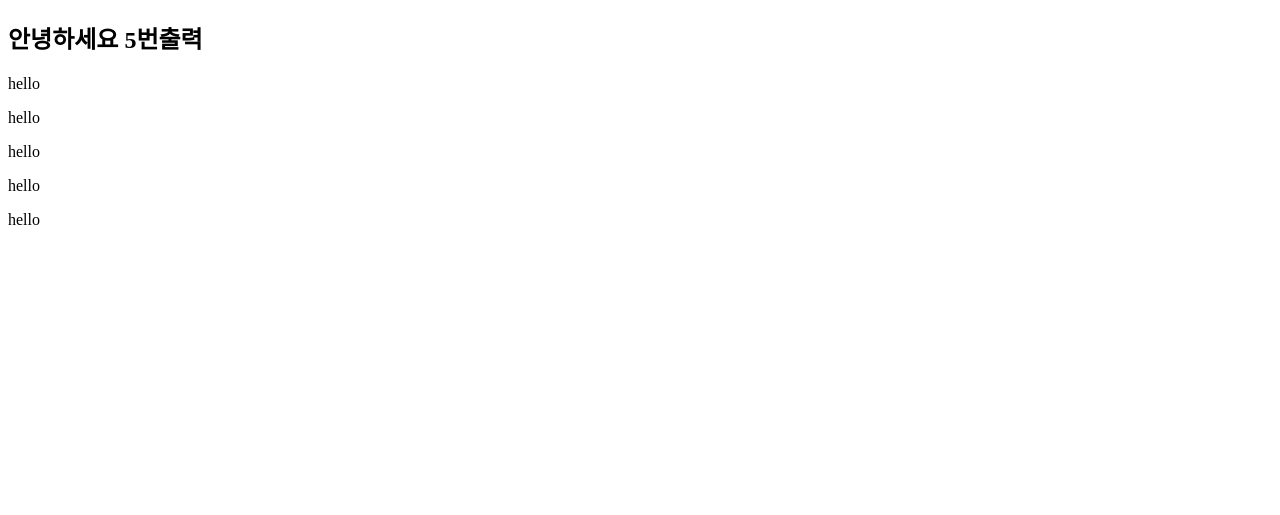
Repository: mvcfvsgdj/javaee
Page: http://localhost/ELprj0908/jstl8
These files come from the project's save history. The page is drawn as it stood at one moment and after the next save; the edit follows.
The browser window is 1280 px wide. The pictures show the whole page.
The page is served by Tomcat 9.

Above is the page before, as saved 2023-09-08 06:05:30.

After the next save:
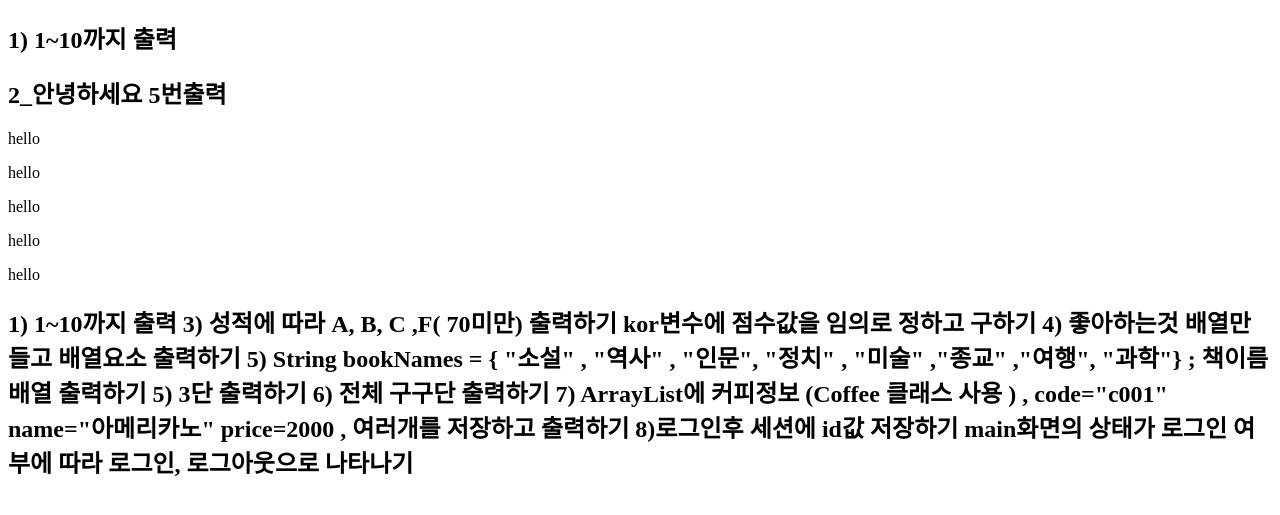
Saved 118 s later.
--- a/ELprj0908/src/main/webapp/WEB-INF/views/jstl8.jsp
+++ b/ELprj0908/src/main/webapp/WEB-INF/views/jstl8.jsp
@@ -14,12 +14,27 @@
 <title>Insert title here</title>
 </head>
 <body>
+<h2>1) 1~10까지 출력</h2>
+<c:forEach begin = "1" end= "10"/>
 
-
-<h2>안녕하세요 5번출력</h2>
+<h2>2_안녕하세요 5번출력</h2>
 <c:set var="hi" value="hello"/>
   <c:forEach begin="1" end="5" var="i">
         <p><c:out value="${hi}"/></p>
     </c:forEach>
+    <h2>1) 1~10까지 출력
+
+3) 성적에 따라 A, B, C ,F( 70미만)  출력하기     <c:set var="kor"   value="90" />   kor변수에 점수값을 임의로 정하고 구하기
+4) 좋아하는것 배열만들고 배열요소 출력하기
+5) String bookNames = {  "소설" , "역사" , "인문",  "정치" , "미술" ,"종교" ,"여행", "과학"}  ;   책이름배열 출력하기
+5) 3단 출력하기
+6) 전체 구구단 출력하기
+7) ArrayList에 커피정보 (Coffee 클래스 사용 ) ,  code="c001"   name="아메리카노"  price=2000 , 여러개를 저장하고
+   출력하기
+8)로그인후 세션에 id값 저장하기
+main화면의 상태가 로그인 여부에 따라
+로그인, 로그아웃으로 나타나기
+    </h2>
+
 </body>
 </html>
